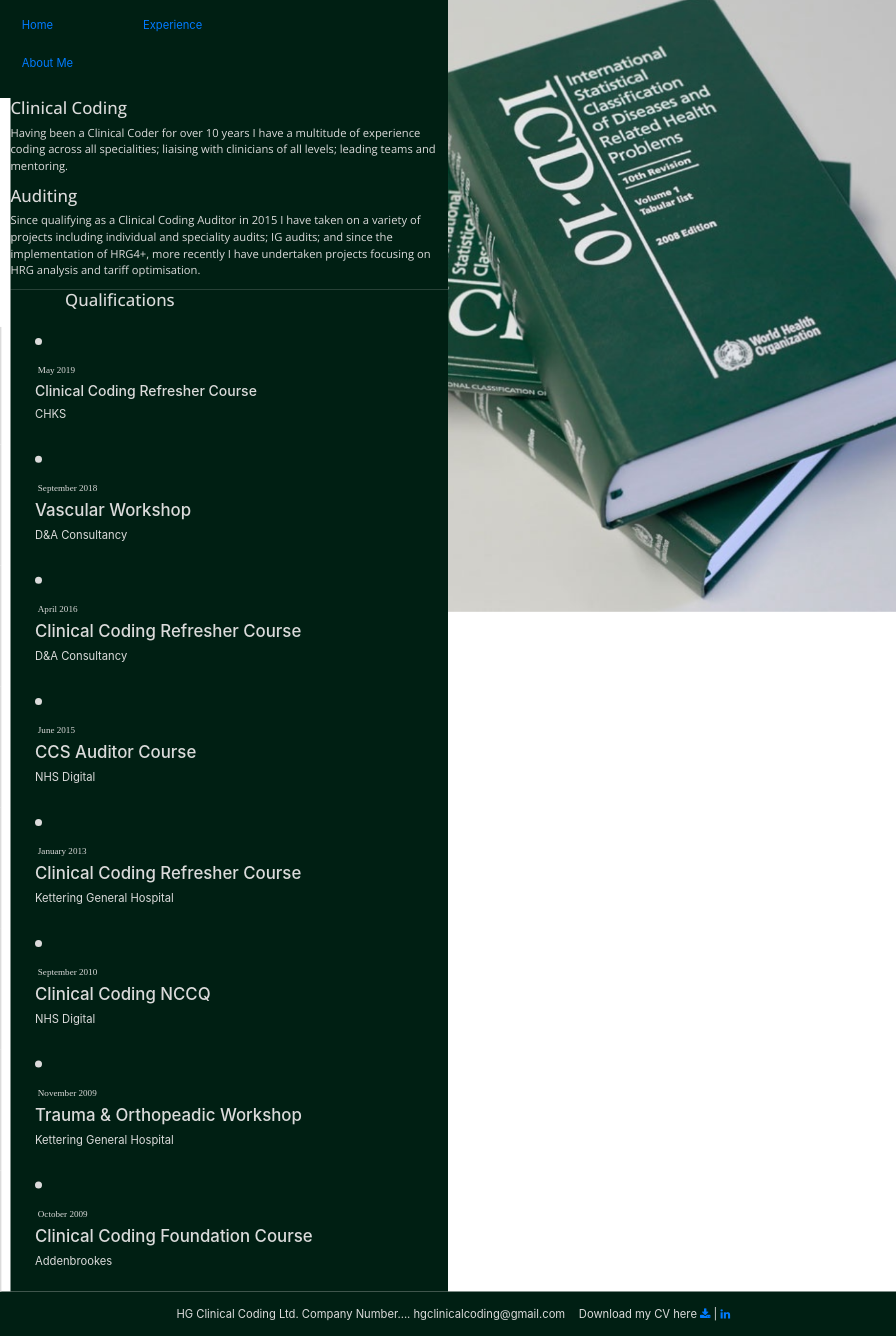
Repository: Code-Institute-Submissions/fsd-ms-project1-resume
Page: resume.html
The author's editor kept a record of every edit. The page is drawn from the files as they stood at one moment, then again after the next edit.
The browser window is 1280 px wide. The pictures show the whole page, at 70% of full size.
Some web fonts or font styles are not loaded; a fallback is used.

Above is the page before.

After the next edit:
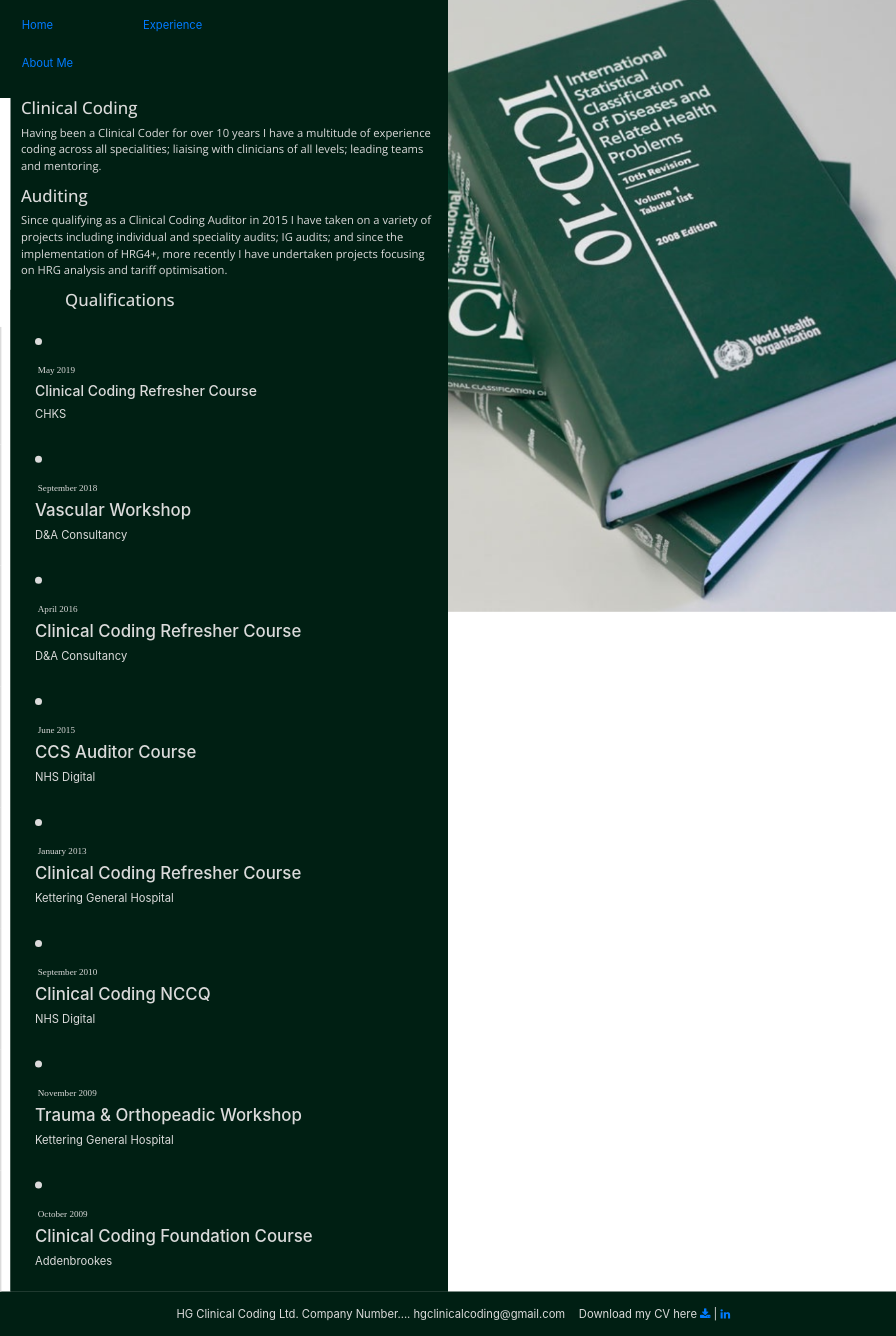
The edit:
--- a/resume.html
+++ b/resume.html
@@ -30,57 +30,56 @@
         <div class="col-md-6 bg-color">
             <div class="row">
                 <div class="col-12">
-                </div>
-                <div>
-                    <h4 class="coding">Clinical Coding</h4>
-                    <p class="coding">
-                        Having been a Clinical Coder for over 10 years I have a multitude of experience coding across all specialities; liaising with clinicians of all levels; leading teams and mentoring. </p>
-                </div>
-                <div>
-                    <h4 class="audit">Auditing</h4>
-                    <p class="audit">
-                        Since qualifying as a Clinical Coding Auditor in 2015 I have taken on a variety of projects including individual and speciality audits; IG audits; and since the implementation of HRG4+, more recently I have undertaken projects focusing on HRG analysis
-                        and tariff optimisation.</p>
+                    <div>
+                        <h4 class="coding">Clinical Coding</h4>
+                        <p class="coding">
+                            Having been a Clinical Coder for over 10 years I have a multitude of experience coding across all specialities; liaising with clinicians of all levels; leading teams and mentoring. </p>
+                    </div>
+                    <div>
+                        <h4 class="audit">Auditing</h4>
+                        <p class="audit">
+                            Since qualifying as a Clinical Coding Auditor in 2015 I have taken on a variety of projects including individual and speciality audits; IG audits; and since the implementation of HRG4+, more recently I have undertaken projects focusing on HRG analysis
+                            and tariff optimisation.</p>
+                    </div>
                 </div>
             </div>
-        </div>
-        <div class="row bg-color">
-            <h4 class="qualifications col-6 coding">Qualifications</h4>
-            <div class="row">
-                <div class="timeline" data-dates="May 2019">
-                    <h5>Clinical Coding Refresher Course</h5>
-                    <p>CHKS</p>
-                </div>
-                <div class="timeline" data-dates="September 2018">
-                    <h4>Vascular Workshop</h4>
-                    <p>D&A Consultancy</p>
-                </div>
-                <div class="timeline" data-dates="April 2016">
-                    <h4>Clinical Coding Refresher Course</h4>
-                    <p>D&A Consultancy</p>
-                </div>
-                <div class="timeline" data-dates="June 2015">
-                    <h4>CCS Auditor Course</h4>
-                    <p>NHS Digital</p>
-                </div>
-                <div class="timeline" data-dates="January 2013">
-                    <h4>Clinical Coding Refresher Course</h4>
-                    <p>Kettering General Hospital</p>
-                </div>
-                <div class="timeline" data-dates="September 2010">
-                    <h4>Clinical Coding NCCQ</h4>
-                    <p>NHS Digital</p>
-                </div>
-                <div class="timeline" data-dates="November 2009">
-                    <h4>Trauma & Orthopeadic Workshop</h4>
-                    <p>Kettering General Hospital</p>
-                </div>
-                <div class="timeline" data-dates="October 2009">
-                    <h4>Clinical Coding Foundation Course</h4>
-                    <p>Addenbrookes</p>
+            <div class="row bg-color">
+                <h4 class="qualifications col-6 coding">Qualifications</h4>
+                <div class="row">
+                    <div class="timeline" data-dates="May 2019">
+                        <h5>Clinical Coding Refresher Course</h5>
+                        <p>CHKS</p>
+                    </div>
+                    <div class="timeline" data-dates="September 2018">
+                        <h4>Vascular Workshop</h4>
+                        <p>D&A Consultancy</p>
+                    </div>
+                    <div class="timeline" data-dates="April 2016">
+                        <h4>Clinical Coding Refresher Course</h4>
+                        <p>D&A Consultancy</p>
+                    </div>
+                    <div class="timeline" data-dates="June 2015">
+                        <h4>CCS Auditor Course</h4>
+                        <p>NHS Digital</p>
+                    </div>
+                    <div class="timeline" data-dates="January 2013">
+                        <h4>Clinical Coding Refresher Course</h4>
+                        <p>Kettering General Hospital</p>
+                    </div>
+                    <div class="timeline" data-dates="September 2010">
+                        <h4>Clinical Coding NCCQ</h4>
+                        <p>NHS Digital</p>
+                    </div>
+                    <div class="timeline" data-dates="November 2009">
+                        <h4>Trauma & Orthopeadic Workshop</h4>
+                        <p>Kettering General Hospital</p>
+                    </div>
+                    <div class="timeline" data-dates="October 2009">
+                        <h4>Clinical Coding Foundation Course</h4>
+                        <p>Addenbrookes</p>
+                    </div>
                 </div>
             </div>
-        </div>
         </div>
     </section>
 

After the edit that followed:
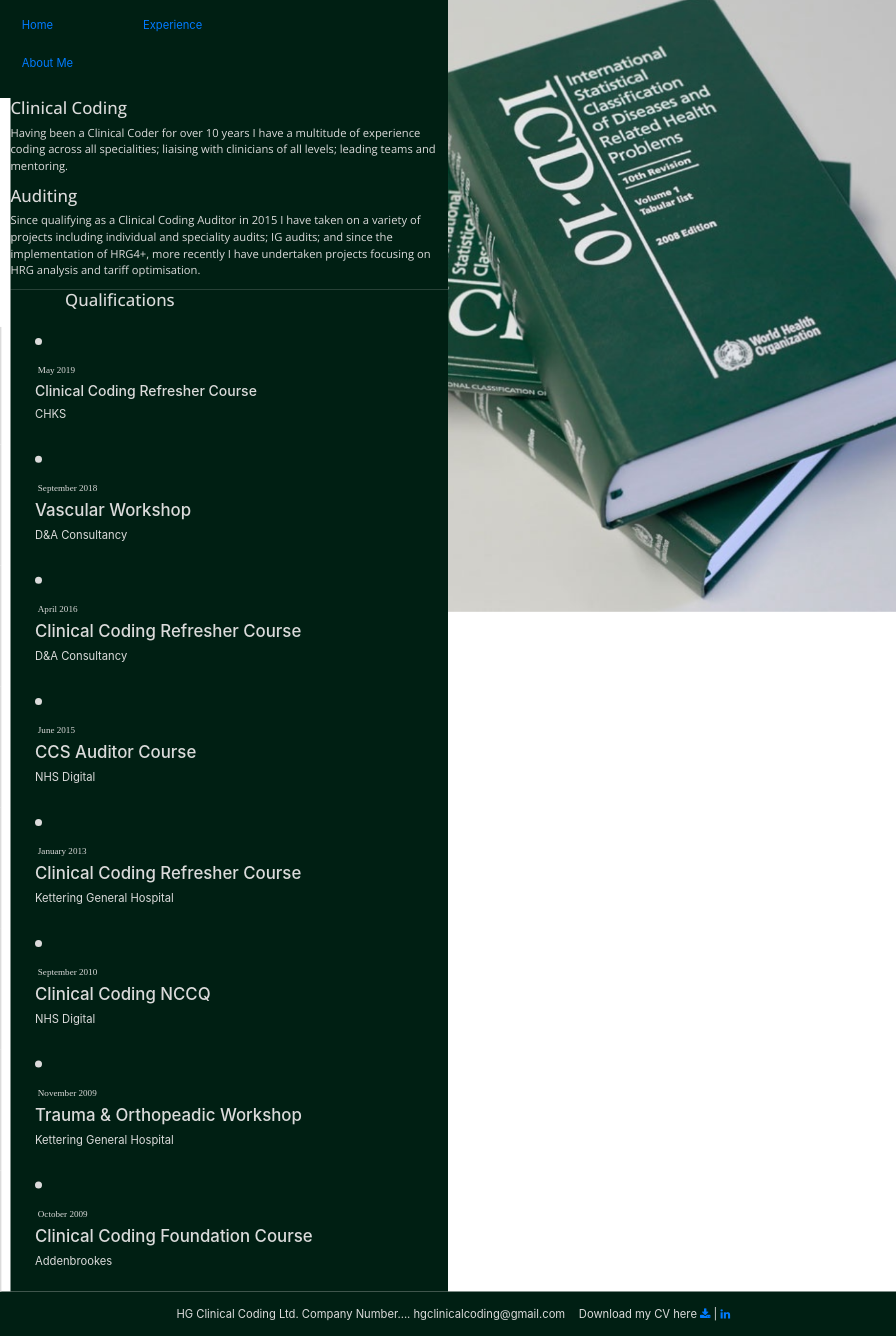
The edit:
--- a/resume.html
+++ b/resume.html
@@ -29,7 +29,6 @@
     <section class="container-fluid">
         <div class="col-md-6 bg-color">
             <div class="row">
-                <div class="col-12">
                     <div>
                         <h4 class="coding">Clinical Coding</h4>
                         <p class="coding">
